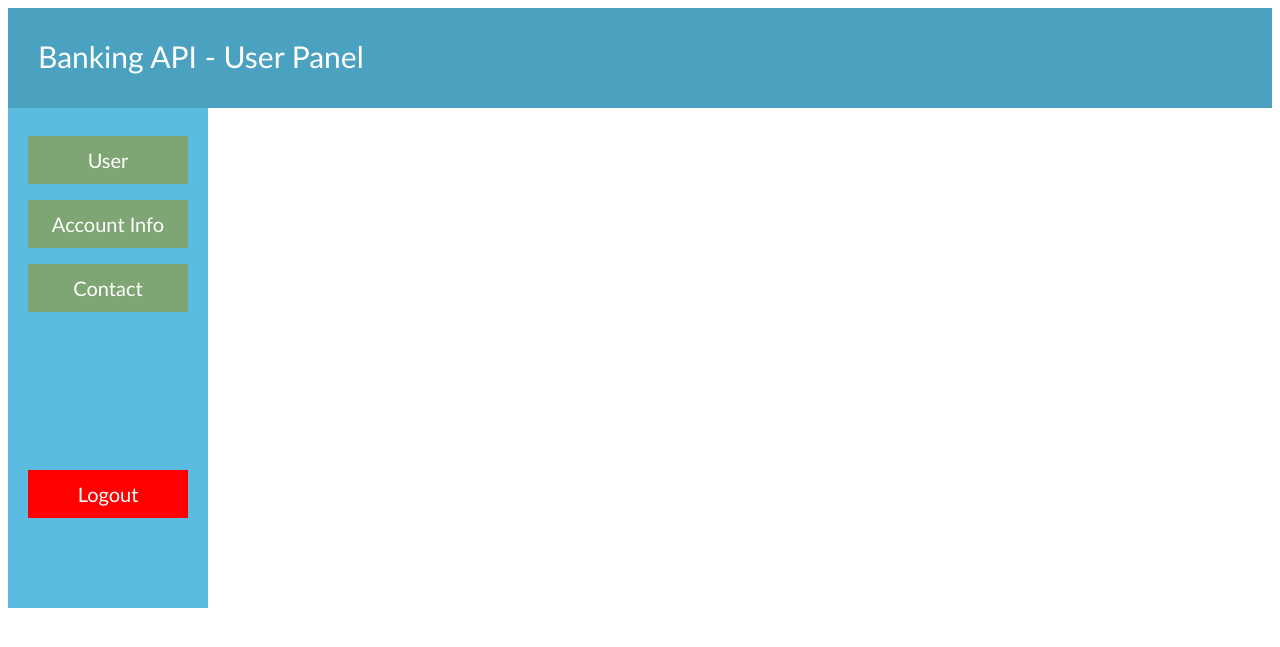
Repository: kennyufish/Revature_ROCP1_Project_Banking_API
Page: banking_api/src/main/webapp/adminInfo.html
These files come from the project's save history. The page is drawn as it stood at one moment and after the next save; the edit follows.
The browser window is 1280 px wide. The pictures show the whole page.

Above is the page before, as saved 2020-10-13 18:49:08.

### banking_api/src/main/webapp/adminInfo.html
<!DOCTYPE html>
<html>
<head>
<meta charset="ISO-8859-1">
<meta name="viewport" content="width=device-wirdth, initial-scale=1">
<link rel="stylesheet" type="text/css" href="bankapi.css"/>
<style>
* {
	font-size: 20px;
}

</style>
<title>User Panel</title>
</head>
<body>
	<header class="userInfoHeader">Banking API - User Panel</header>
	<section>
		<nav>
			<form action="userInfo" method="post">
				<button type="submit">User</button>
			</form>
			<form action="displayAccount" method="post">
				<button type="submit">Account Info</button>
			</form>

			<form action="contacts" method="post">
				<button type="submit">Contact</button>
			</form>

			<form action="logout" method="post">
				<button class="logoutButton" type="submit">Logout</button>
			</form>
		</nav>
	</section>

</body>
</html>

### banking_api/src/main/webapp/bankapi.css
* {
	font-family: "Trebuchet MS", Arial, Helvetica, sans-serif;
	box-sizing: border-box;
}

.loginInput {
	width: 100%;
	padding: 10px 15px;
	margin: 8px 0;
	display: inline-block;
	boxing-sizing: border-box;
}

.loginLayout {
	font-size: 20px;
	background-color: powderblue;
	border: 2px solid black;
	padding: 30px;
	width: 35%;
	margin: 20px auto;
}

.topNoticeGreen {
	color: black;
	background-color: green;
	width: 100%;
	padding: 20px;
	text-align: center;
}

.topNoticeWarning {
	color: black;
	background-color: red;
	width: 100%;
	padding: 20px;
	text-align: center;
}

.topNoticeUpdateSuccess {
	color: white;
	background-color: green;
	width: 100%;
	padding: 20px;
	text-align:left;
}

.topNoticeUpdateFail {
	color: black;
	background-color: red;
	width: 100%;
	padding: 20px;
	text-align:left;
}

.userInfoHeader {
	background-color: #007AA6;
	opacity: 0.7;
	color: white;
	padding: 30px;
	font-size: 30px;
	height: 100px;
	width: 100%;
}

.userModifyInput {
	width: 100%;
}

.UserLayout {
	font-size: 20px;
	background-color: powderblue;
	border: 2px solid black;
	padding: 20px;
	width: 100%;
	height: 550px;
	margin: 0 auto;
}

.logoutButton {
	background-color: red;
	color: white;
	padding: 12px 15px;
	margin: 8px 0;
	border: none;
	cursor: pointer;
	width: 100%;
	margin-top: 150px;
}

.subHeading1 {
	font-size: 25px;
	background-color: #007AA6;
	color: white;
	padding: 12px 10px;
	margin: 8px 0;
	border: none;
	width: 800px;
}

.smallButton {
	background-color: #804000;
	color: white;
	padding: 12px 10px;
	margin: 8px 0;
	margin-right:8px;
	border: none;
	cursor: pointer;
	width: 150px;
}

.smallButtonFullWidth {
	background-color: #804000;
	color: white;
	padding: 12px 10px;
	margin: 8px 0;
	margin-right:8px;
	border: none;
	cursor: pointer;
	width: 100%;
}


.adminInfoArticle{
	background-color: #ff0000;
}

.adminInfoNav{
	background-color: #ff8080;
}

/*Common styling*/
nav{
	float: left;
	width: 200px;
	background-color: #5BBCDF;
	padding: 20px;
	height: 500px;
}
article {
	witdth: 100%;
	height: 500px;
	background-color: powderblue;
	padding: 20px;
	margin-left: 200px;
	overflow: auto;
}

th {
	background-color: #007AA6;
	color: white;
}

tr:hover {
	background-color: #7FA574;
}

table, td, th {
	border-collapse: collapse;
	text-align: left;
	border: 1px solid black;
	padding: 8px 15px;
	width:800px;
}

button {
	background-color: #7FA574;
	color: white;
	padding: 12px 10px;
	margin: 8px 0;
	border: none;
	cursor: pointer;
	width: 100%;
}

button:hover {
	opacity: 0.7
}

After the next save:
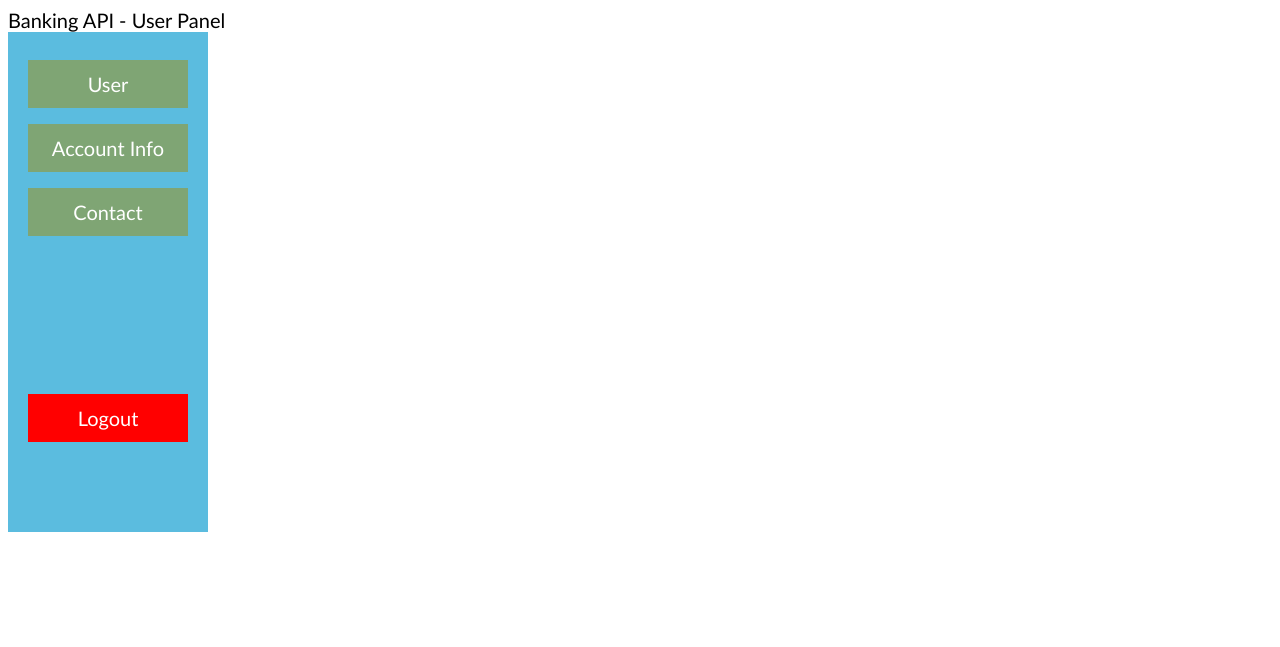
Saved 22 s later.
--- a/banking_api/src/main/webapp/adminInfo.html
+++ b/banking_api/src/main/webapp/adminInfo.html
@@ -13,7 +13,7 @@
 <title>User Panel</title>
 </head>
 <body>
-	<header class="userInfoHeader">Banking API - User Panel</header>
+	<header class="adminInfoHeader">Banking API - User Panel</header>
 	<section>
 		<nav>
 			<form action="userInfo" method="post">
